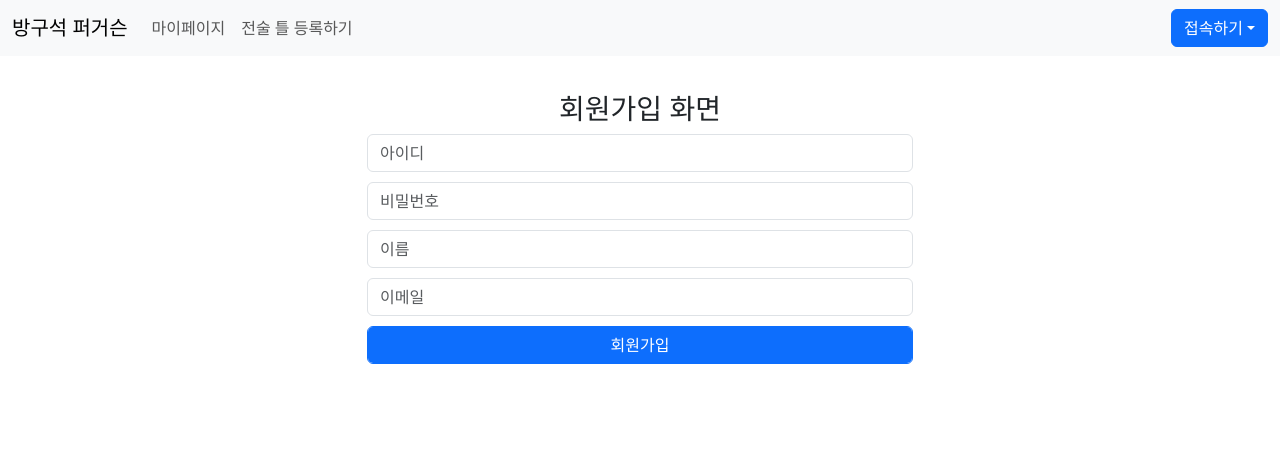
Repository: jiiiiiw/Spring-BBS
Page: http://localhost/BBS/join.jsp
The author's editor kept a copy of each file at every save. The page is drawn from the files as they stood at one save, then again after the next save.
The browser window is 1280 px wide. The pictures show the whole page.
The page is served by Tomcat 9.

Above is the page before, as saved 2024-01-24 08:20:05.

After the next save:
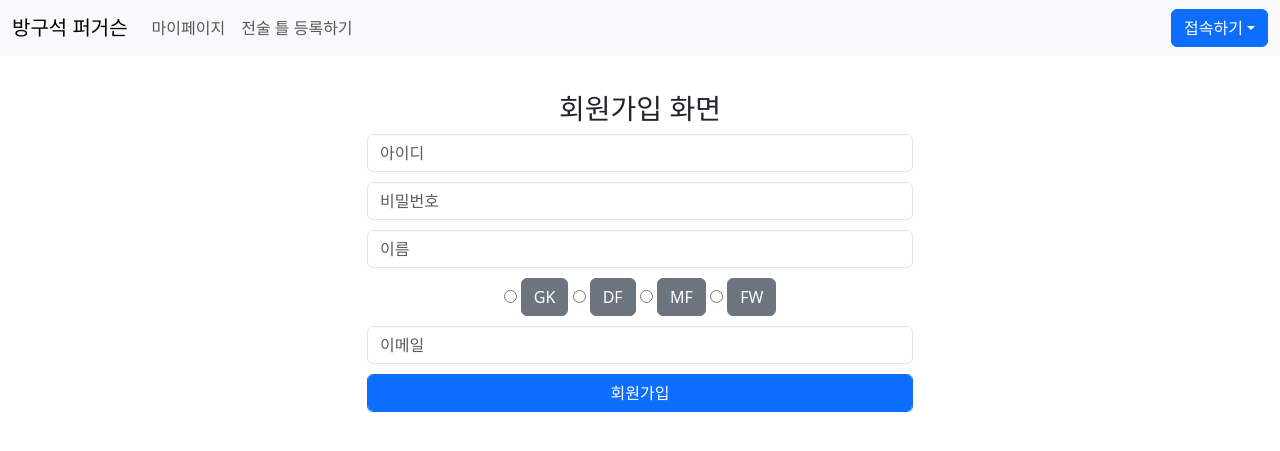
Saved 4 min 9 s later.
--- a/BBS/src/main/webapp/join.jsp
+++ b/BBS/src/main/webapp/join.jsp
@@ -74,17 +74,17 @@
 						</div>
 
 						<div class="form-group spacer" style="text-align: center;">
-							<input type="radio" class="btn-check" name="userPosition" id="GK" value="GK"  autocomplete="off">
-							<label class="btn-check btn-secondary" for="GK">GK</label>
+							<input type="radio" class="btn" name="userPosition" id="GK" value="GK"  autocomplete="off">
+							<label class="btn btn-secondary" for="GK">GK</label>
 
-							<input type="radio" class="btn-check" name="userPosition" id="DF" value="DF" autocomplete="off">
-							<label class="btn-check btn-secondary" for="DF">DF</label>
+							<input type="radio" class="btn" name="userPosition" id="DF" value="DF" autocomplete="off">
+							<label class="btn btn-secondary" for="DF">DF</label>
 
-							<input type="radio" class="btn-check" name="userPosition" id="MF" value="MF" autocomplete="off">
-							<label class="btn-check btn-secondary" for="MF">MF</label>
+							<input type="radio" class="btn" name="userPosition" id="MF" value="MF" autocomplete="off">
+							<label class="btn btn-secondary" for="MF">MF</label>
 
-							<input type="radio" class="btn-check" name="userPosition" id="FW" value="FW" autocomplete="off">
-							<label class="btn-check btn-secondary" for="FW">FW</label>
+							<input type="radio" class="btn" name="userPosition" id="FW" value="FW" autocomplete="off">
+							<label class="btn btn-secondary" for="FW">FW</label>
 						</div>
 						<!-- <div class="form-group" style="text-align: center;">
 							<div class="btn-group" data-toggle="buttons">
